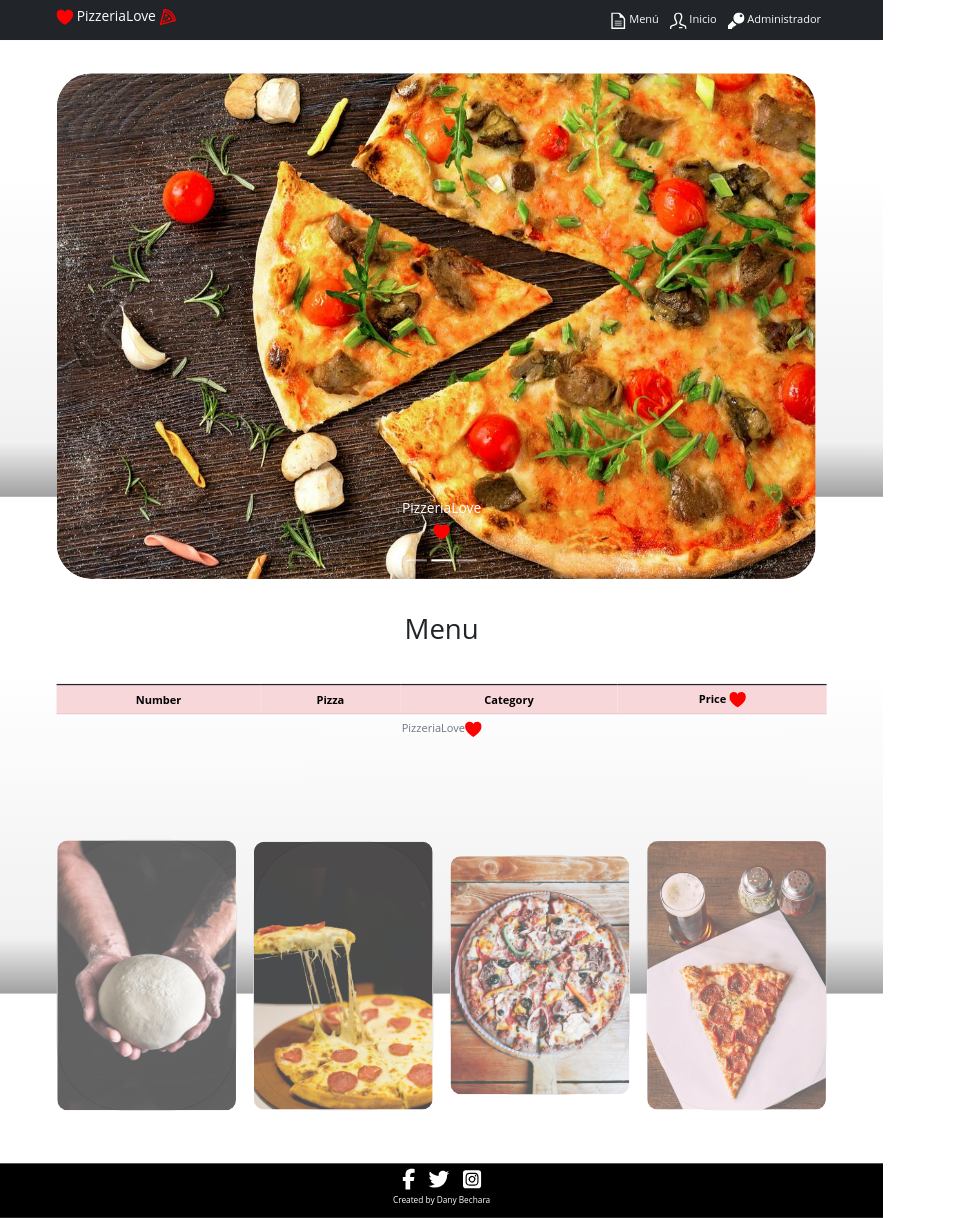
Repository: bechara611/PizzeriaLove
Page: /
The author's editor kept a copy of each file at every save. The page is drawn from the files as they stood at one save, then again after the next save.
The browser window is 1280 px wide. The page is 1280 px wide, then 1387 px, so the pictures cover 1387 px, including what lies to the right of the window. The pictures show the whole page, at 69% of full size.
The page's requests for data from a server got no answer. Backgrounds fixed to the window are drawn as part of the page. The project was rebuilt for these pictures with package versions that can differ from the ones it lists, and the page was loaded fresh each time. No one was signed in, and anything a server would have sent is missing. Also part of the build but not shown: src/App.css, src/App.js, src/Componentes/FormularioAgregarMenu.css, src/Elementos/Alerta.js, src/Elementos/AlertaRed.js, src/Componentes/FormularioAgregarMenu.js.

Above is the page before, as saved 2022-02-25 23:28:15.

### src/index.js
import React,{useState} from 'react';
import ReactDOM from 'react-dom';
import './index.css';
import 'bootstrap/dist/css/bootstrap.css'
import 'bootstrap/dist/js/bootstrap.bundle.min';
import Header from './Componentes/Header';
import {BrowserRouter,Route, Routes,NavLink} from 'react-router-dom'
import {App,App2} from './App';
import WebFont from 'webfontloader'
import './index.css'
import Carousel from './Componentes/Carousel';
import Menu from './Componentes/Menu';
import Footer from './Componentes/Footer';
import { FormularioAgregarMenu } from './Componentes/FormularioAgregarMenu';
import Galeria from './Componentes/Galeria';

WebFont.load({
  google: {
    families: ['Open Sans:400,500,700', 'Sans-serif']
  }
});

const Index = () => {
  const [administrador,cambiaradministrador]=useState(false);
  const [admin,cambiaradmin]=useState('');
  return (
  <BrowserRouter>
     <Header administrador={administrador} cambiaradministrador={cambiaradministrador} cambiaradmin={cambiaradmin} admin={admin}></Header>
   {admin==='admin' ? <h2 className='my-5 tittle text-dark text-center'>ADMIN</h2>:<></>}
     <Carousel></Carousel>

    <Routes>
    <Route path='/' element={<Menu borrar={false} />} ></Route>
    <Route path='/administrador' element={<FormularioAgregarMenu />} ></Route>
    <Route path='/inicio' element={<Menu borrar={false} />} ></Route>
    </Routes>


    <Footer></Footer>
    </BrowserRouter>
    );
}


ReactDOM.render(

  <Index />,
  document.getElementById('root')
);

### src/index.css
* {
  margin: 0;
  font-family:'Open Sans';
  /* Permalink - use to edit and share this gradient: https://colorzilla.com/gradient-editor/#ffffff+0,ffffff+100&1+0,0+100;White+to+Transparent */



}


body
{
  background: rgb(255,255,255);
  background: linear-gradient(180deg, rgba(255,255,255,1) 0%, rgba(255,255,255,1) 35%, rgba(242,241,241,1) 89%, rgba(10,10,10,0.38699229691876746) 100%);

  background-attachment:fixed;
}

### src/Componentes/Header.js
import {NavLink} from 'react-router-dom'
import styled from 'styled-components';
import { BotonTipoNavLink,BotonTipoNavLinkA } from '../Elementos/BotonTipoNavLink';
import {Pizza2,Administrador2,Inicio2,Menu2,Contacto2,Heart2}from '../Elementos/ImagenesSVG';
import {App,App2} from './../App';
import './Header.css'


const Header = ({cambiaradministrador,administrador,cambiaradmin}) => {
    let url1,urladmin;
    url1="/inicio";
    urladmin='/administrador'
      return (
        <>

        <nav className="navbar navbar-expand-sm navbar-dark bg-dark  header_nav">
        <div className="container contenedor1  ">
        <div className='hijo1_header '>
         <BotonTipoNavLink to={url1} className="navbar-brand "> <Heart2 / > PizzeriaLove <Pizza2></Pizza2></BotonTipoNavLink>



        </div>
      <div className='hijo2_header '>
        <button
        className="navbar-toggler mt-2 col-12"
        type="button"
        data-bs-toggle="collapse"
        data-bs-target="#menu"
        aria-controls="menu"
        aria-expanded="false"
        aria-label="Mostrar / Ocultar Menu"
      >
        <span className="navbar-toggler-icon"></span>
      </button>

      <div className="collapse navbar-collapse text-center  " id="menu">
      <ul className="navbar-nav me-auto mb-2 mb-lg-0 header_menu ">
      <li className="nav-item opcion"><a href="#menuu" className="nav-link text-light  opcion" onClick={()=>{cambiaradmin('usuario')}}><Menu2></Menu2> Menú</a></li>
        <li className="nav-item"><BotonTipoNavLinkA to={url1} className="nav-link text-light" onClick={()=>{cambiaradmin('usuario')}}><Inicio2/> Inicio</BotonTipoNavLinkA></li>
        <li className="nav-item"><BotonTipoNavLink to={urladmin} className="nav-link text-light" onClick={()=>{cambiaradmin('admin')}}> <Administrador2 /> Administrador</BotonTipoNavLink></li>
      </ul>

    </div>
    </div>
        </div>

      </nav>

      </>
       );
    }

    export default Header;

### src/Componentes/Carousel.js
import { Heart2 } from '../Elementos/ImagenesSVG'
import imagen1 from './../Imagenes/carousel1.jpg'
import imagen2 from './../Imagenes/carousel2.jpg'
import imagen3 from './../Imagenes/carousel3.jpg'
import './Carousel.css'
const Carousel = () => {
    return (

        <>
<section className="main">
  <div className="container">
    <div className="row mt-5">
      <div className="col">
        <div className="carousel slide carousel-fade" id="mi-carousel" data-bs-ride="carousel">
          <div className="carousel-inner">
            <div className="carousel-item active">
            <div className="carousel-caption">
            <h5>PizzeriaLove</h5>
            <p><Heart2></Heart2></p>
          </div>
              <img className="img-fluid" src={imagen1} alt='' />
            </div>

            <div className="carousel-item" data-bs-interval="5000">
              <div className="carousel-caption">
                <h5>PizzeriaLove</h5>
                <p><Heart2></Heart2></p>
              </div>
              <img className="img-fluid" src={imagen2}  alt=''/>
            </div>
            <div className="carousel-item">
            <div className="carousel-caption">
            <h5>PizzeriaLove</h5>
            <p><Heart2></Heart2></p>
          </div>
            <img className="img-fluid" src={imagen3} alt='' />
            </div>
          </div>



          <button
            className="carousel-control-prev botonprev"
            type="button"
            data-bs-target="#mi-carousel"
            data-bs-slide="prev"
          >
            <span className="carousel-control-prev-icon  icono" aria-hidden="true"></span>
            <span className="visually-hidden">Prev</span>
          </button>
          <button
            className="carousel-control-next"
            type="button"
            data-bs-target="#mi-carousel"
            data-bs-slide="next"
          >
            <span className="carousel-control-next-icon icono" aria-hidden="true"></span>
            <span className="visually-hidden">Next</span>
          </button>




          <div className="carousel-indicators">
            <button
              type="button"
              className="active"
              data-bs-target="#mi-carousel"
              data-bs-slide-to="0"
              aria-label="Slide 1"
            ></button>
            <button
              type="button"
              className=""
              data-bs-target="#mi-carousel"
              data-bs-slide-to="1"
              aria-label="Slide 2"
            ></button>
            <button
              type="button"
              className=""
              data-bs-target="#mi-carousel"
              data-bs-slide-to="2"
              aria-label="Slide 3"
            ></button>
          </div>
        </div>
      </div>
    </div>
  </div>

</section>


        </>
     );
}

export default Carousel;

### src/Componentes/Menu.js
import React from 'react'
import { Heart2, Trash2 } from '../Elementos/ImagenesSVG';
import { db } from '../Firebase/FirebaseConfig';
import './Menu.css'
import useObtenerMenu from '../Hooks/useObtenerMenu';
import BorrarDocumento from '../Firebase/Borrar';
import Galeria from './Galeria';

const Menu = ({borrar}) => {
   const [platos,cambiarplatos]=useObtenerMenu();


    return (
        <>
        <div className="container contenedor-tabla">
        <div className="row my-5">

        <div className="col titulo">
        {borrar===true ?   <h1 className=''>Admin, you can delete a plate here:</h1> :    <h1 className=''>Menu</h1>}

        </div>
        </div>
            <div className="row my-5">

             <div className="table-responsive " id='menuu'>
            <table className="table table-hover table" >
            <caption className='captionMenu'>PizzeriaLove<Heart2></Heart2></caption>
             <thead>
             <tr className={borrar===true?'table-success' : 'table-danger'}>
             <th>Number</th>
             <th>Pizza</th>
             <th>Category </th>
             <th>Price <Heart2></Heart2> </th>
             </tr>
             </thead>
             <tbody>
             {
                 platos.map((plato,index)=>{
                     return <React.Fragment key={index}>
                     <tr onClick={()=>{


                     }} >
                     <td>{index +1}</td>
                     <td>{plato.plato}</td>
                     <td>{plato.categorias}</td>
                     {borrar===true ?    <td>{plato.precio}$  <Trash2 onClick={()=>{
                        if (borrar===true) {
                            BorrarDocumento(plato.id)
                         }
                     }}></Trash2> </td> : <td>{plato.precio}</td> }

                     </tr>
                     </React.Fragment>
                 })
             }
             </tbody>
             </table>
            </div>


            </div>
        </div>
        <Galeria></Galeria>
        </>

        )

}

export  default Menu;

### src/Componentes/Footer.js
import styled from "styled-components";
import './Footer.css'
import { FontAwesomeIcon } from '@fortawesome/react-fontawesome'
import { faCoffee } from '@fortawesome/free-solid-svg-icons'
import {  faFacebookF,faInstagramSquare,faTwitter } from '@fortawesome/free-brands-svg-icons';
import useObtenerMenu from "../Hooks/useObtenerMenu";


const Footer = () => {
    let face='https://www.facebook.com';
    let insta='https://www.instagram.com';
    let twitter='https://www.twitter.com';
    let nuevaPestana="_blank"

    return (
        <>
        <div className="container-fluid " >
        <div className="row fila">
        <footer className="col-12 footer">
        <a href={face} target={nuevaPestana} className='face'><FontAwesomeIcon icon={faFacebookF}/></a>
        <a href={twitter} target={nuevaPestana} className='twitter'><FontAwesomeIcon icon={faTwitter}/></a>
        <a href={insta} target={nuevaPestana} className='instagram'><FontAwesomeIcon icon={faInstagramSquare}/></a>

        </footer>
        <p className="col-12">Created by Dany Bechara</p>
        </div>
        </div>
        </>
     );
}

export default Footer;

### src/Componentes/Galeria.js
import React from 'react';
import './Galeria.css'
import  Pizza1 from './../Imagenes/Pizza1.jpg'
import  Pizza2 from './../Imagenes/Pizza2.jpg'
import  Pizza3 from './../Imagenes/Pizza3.jpg'
import  Pizza4 from './../Imagenes/Pizza4.jpg'
import  Pizza5 from './../Imagenes/Pizza5.jpg'
import  Pizza6 from './../Imagenes/Pizza6.jpg'
import  Pizza7 from './../Imagenes/Pizza7.jpg'
import  Pizza8 from './../Imagenes/Pizza8.jpg'
import {ReactComponent as Menu} from './../Imagenes/Menu.svg'
const Galeria = () => {
    return (

        <>
        <div className="container centrar   py-5">
    <div className="row my-4 centrar">
        <div className="col-lg-3 col-12 col-sm-6 centrar">
            <div className="card cardcita my-1">
           < img src={Pizza5} alt="" className=" cardcitaImagen"></img>
            </div>
        </div>
        <div className="col-lg-3 col-12 col-sm-6 centrar">
            <div className="card cardcita my-1">
           < img src={Pizza2} alt="" className="cardcitaImagen"></img>
            </div>
        </div>
        <div className="col-lg-3 col-12 col-sm-6 centrar">
        <div className="card cardcita my-1">
       < img src={Pizza3} alt="" className="cardcitaImagen"></img>
        </div>
    </div>
        <div className="col-lg-3 col-12 col-sm-6 centrar">
            <div className="card cardcita my-1">
           < img src={Pizza8} alt="" className="cardcitaImagen colores"></img>
            </div>
        </div>
    </div>


        </div>
        </>
     );
}

export default Galeria;

### src/Elementos/BotonTipoNavLink.js
import styled from "styled-components"
import { NavLink } from "react-router-dom"
    const BotonTipoNavLink = styled(NavLink)`
    &:hover
    {
      text-decoration: underline;
      color: black;
    }
    `

    const BotonTipoNavLinkA=styled(BotonTipoNavLink)`
    text-decoration: none;
      color: black;
      cursor:pointer;
    `
    export {BotonTipoNavLink,BotonTipoNavLinkA}

### src/Elementos/ImagenesSVG.js
import styledComponents from 'styled-components';
import {ReactComponent as Pizza} from './../Imagenes/Pizza.svg'
import {ReactComponent as Inicio} from './../Imagenes/Inicio.svg'
import {ReactComponent as Menu} from './../Imagenes/Menu.svg'
import {ReactComponent as Administrador} from './../Imagenes/Administrador.svg'
import {ReactComponent as Contacto} from './../Imagenes/Contacto.svg'
import {ReactComponent as Heart} from './../Imagenes/Heart.svg'
import {ReactComponent as Trash} from './../Imagenes/Trash.svg'
const Pizza2 = styledComponents(Pizza)`
font-size:10px;
z-index: 1;
color:white;
fill:red;

`;
const Inicio2 = styledComponents(Inicio)`
font-size:10px;
z-index: 1;
color:white;
fill:white;

`;
const Menu2 = styledComponents(Menu)`
font-size:10px;
z-index: 1;
color:white;
fill:white;

`;
const Administrador2 = styledComponents(Administrador)`
font-size:10px;
z-index: 1;
color:white;
fill:white;

`;

const Contacto2 = styledComponents(Contacto)`
font-size:10px;
z-index: 1;
color:white;
fill:white;

`;

const Heart2 = styledComponents(Heart)`
font-size:10px;
z-index: 1;
color:white;
fill:red;

`;

const Trash2=styledComponents(Trash)`
fill:blue;
cursor:pointer;
`

export {Pizza2,Administrador2,Inicio2,Menu2, Contacto2,Heart2,Trash2}

### src/Componentes/Header.css

*{
   box-sizing: border-box;
   margin: 0;
   padding: 0;


}
.header_nav2
{
    /* margin-top: -8px; */
    background: -moz-linear-gradient(top,  rgba(211,126,128,1) 0%, rgba(146,171,207,0) 76%, rgba(134,179,222,0) 90%, rgba(125,185,232,0) 100%); /* FF3.6-15 */
background: -webkit-linear-gradient(top,  rgba(211,126,128,1) 0%,rgba(146,171,207,0) 76%,rgba(134,179,222,0) 90%,rgba(125,185,232,0) 100%); /* Chrome10-25,Safari5.1-6 */
background: linear-gradient(to bottom,  rgba(211,126,128,1) 0%,rgba(146,171,207,0) 76%,rgba(134,179,222,0) 90%,rgba(125,185,232,0) 100%); /* W3C, IE10+, FF16+, Chrome26+, Opera12+, Safari7+ */
filter: progid:DXImageTransform.Microsoft.gradient( startColorstr='#d37e80', endColorstr='#007db9e8',GradientType=0 ); /* IE6-9 */


}
body
{
    /* background: url(./../Imagenes/textura.png);
	background-repeat: repeat;
	background-attachment: fixed; */
}

.nav
{


}

.contenedor12
{

    /* min-height: 300px;  */
}

.hijo1_header
{
    align-self: start;
    /* margin-top: 2%; */

}
.hijo2_header
{
    /* margin-top: 2%; */
    align-self: start;
}
.header_menu
{

}

.opcion
{
text-decoration: dotted;
display: inline-block;
opacity: 1;

}



.opcion:hover
{
    text-decoration: underline;
}

.opcion:link
{
color: green;
}

### src/Componentes/Carousel.css
.carousel-inner{border-radius: 50px;}
.carousel-item{border-radius: 50px;}
.img-fluid{border-radius: 50px;}
.icono {
    height: 100px;
    width: 100px;

      /*shape border*/

      opacity: 0.3;
      /*symbol */




}
.icono:hover{opacity: 1;}

### src/Firebase/FirebaseConfig.js
import { initializeApp } from "firebase/app";
import { getAnalytics } from "firebase/analytics";
import { getFirestore } from "firebase/firestore";
import { getAuth, createUserWithEmailAndPassword } from "firebase/auth";

const firebaseConfig2 = {
    apiKey: "AIzaSyDhYuWK_8Uy4S-BtkFmFfityIjQnt4M3Is",
    authDomain: "pizzerialove-00.firebaseapp.com",
    projectId: "pizzerialove-00",
    storageBucket: "pizzerialove-00.appspot.com",
    messagingSenderId: "356504995914",
    appId: "1:356504995914:web:c5fee404edbf5f32affeb3",
    measurementId: "G-CK1N9HMEKD"
  };


    const firebaseConfig = {
      apiKey:process.env.REACT_APP_FIREBASE_API_KEY,
      authDomain:process.env.REACT_APP_FIREBASE_AUTH_DOMAIN,
      projectId:process.env.REACT_APP_FIREBASE_PROJECT_ID,
      storageBucket:process.env.REACT_APP_FIREBASE_STORAGE_BUCKET,
      messagingSenderId:process.env.REACT_APP_FIREBASE_MESSAGING_SENDER_ID,
      appId:process.env.REACT_APP_FIREBASE_APP_ID,
      measurementId:process.env.REACT_APP_FIREBASE_MEASUREMENT_ID
    };



// Initialize Firebase
const app = initializeApp(firebaseConfig);
const analytics = getAnalytics(app);
const db= getFirestore();
const auth=getAuth();

export {app,analytics,db,auth};

### src/Componentes/Menu.css
.captionMenu
{
    text-align: center;
}

.titulo{text-align: center;}

td{text-align: center;}
th{text-align: center;}

.basurita{background: black;}

.table-responsive{




    }

### src/Hooks/useObtenerMenu.js
import React,{useEffect,useState} from 'react'
import { db } from '../Firebase/FirebaseConfig';
import { collection,onSnapshot } from 'firebase/firestore';

const useObtenerMenu = () => {
    const [platos,cambiarplatos]=useState([{}])
    useEffect(()=>{

            const FuncionObtenerMenu=onSnapshot(collection(db,'menu'), (snapShot)=>{

               let vectormenu=snapShot.docs.map((documento)=>{
                  // console.log(documento.id)
                    return {...documento.data(),id:documento.id}
                })
              //  console.log(vectormenu);
              cambiarplatos([{}])
                cambiarplatos(vectormenu)
            })




            return FuncionObtenerMenu;
          },[])
          return [platos,cambiarplatos]
}

export default useObtenerMenu;

### src/Firebase/Borrar.js
import { db,app } from './FirebaseConfig'
import {doc,deleteDoc, } from 'firebase/firestore'
const BorrarDocumento =async (id) => {
  try {
  await deleteDoc(doc(db,'menu',id));

   } catch (error) {
    console.log(error)
   }

}

export default BorrarDocumento;

### src/Componentes/Footer.css
.footer
{
    display: flex;
    flex-direction: row;
    justify-content: center;

}
.fila
{
    display: flex;
    justify-content: center;
    text-align: center;
    background: black;
    font-size: 12px;
}
.fila p
{

color: white;
}
.footer a{
    text-decoration: none;
font-size: 30px;
display: inline-block;
color: white;
margin: 0 10px;
}
.face:hover{color: blue;}
.twitter:hover{color: lightblue;}
.instagram:hover{color:#fcaf45}

### src/Componentes/Galeria.css
.cardcita{
   border-radius: 100px;
    max-width: 300px;
    min-height: 300px;



}

.cardcitaImagen
{
    border-radius: 15px;
    max-width: 300px;
    min-height: 300px;

   opacity: .7;


}
.cardcitaImagen:hover{
    opacity: 1;

}

@keyframes colores
{
/*from{background: #9EB3C2;}
to{background:#21295C ;}*/
0%{min-height: 500px;}
25%{min-height: 520;}
50%{min-height: 530px;}
75%{min-height: 520;}
100%{min-height: 500;}
}

.centrar{
    text-align: center;
    display: flex;
    justify-content: center;
align-items: center;
}

Loaded but not shown: public/index.html (common file)

After the next save:
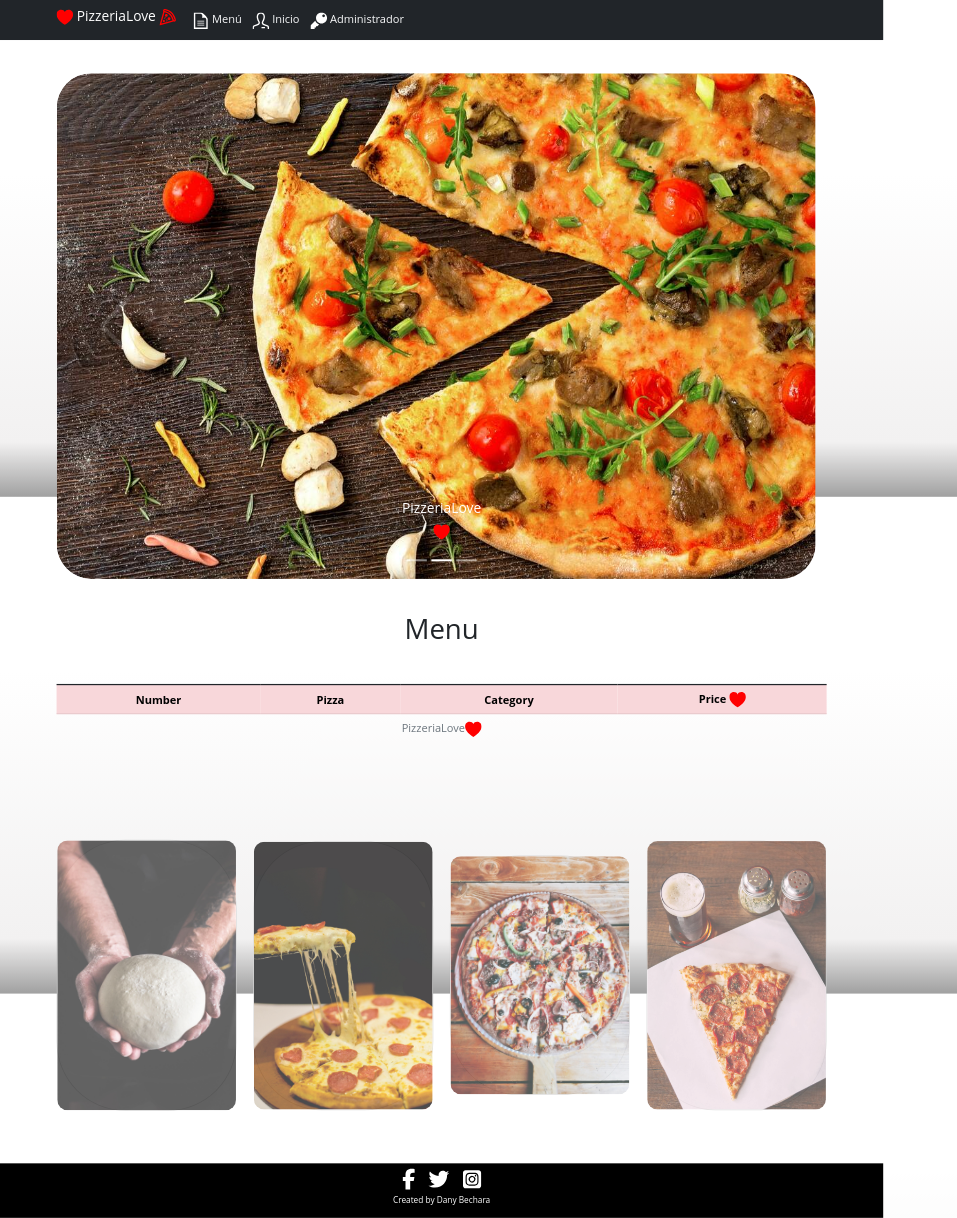
Saved 59 s later.
--- a/src/Componentes/Header.js
+++ b/src/Componentes/Header.js
@@ -21,7 +21,7 @@ const Header = ({cambiaradministrador,administrador,cambiaradmin}) => {
 
 
         </div>
-      <div className='hijo2_header '>
+      <div className='hijo2_header text-center col-12  '>
         <button
         className="navbar-toggler mt-2 col-12"
         type="button"
@@ -31,10 +31,10 @@ const Header = ({cambiaradministrador,administrador,cambiaradmin}) => {
         aria-expanded="false"
         aria-label="Mostrar / Ocultar Menu"
       >
-        <span className="navbar-toggler-icon"></span>
+        <span className="navbar-toggler-icon text-center col-12 "></span>
       </button>
 
-      <div className="collapse navbar-collapse text-center  " id="menu">
+      <div className="collapse navbar-collapse text-center col-12  " id="menu">
       <ul className="navbar-nav me-auto mb-2 mb-lg-0 header_menu ">
       <li className="nav-item opcion"><a href="#menuu" className="nav-link text-light  opcion" onClick={()=>{cambiaradmin('usuario')}}><Menu2></Menu2> Menú</a></li>
         <li className="nav-item"><BotonTipoNavLinkA to={url1} className="nav-link text-light" onClick={()=>{cambiaradmin('usuario')}}><Inicio2/> Inicio</BotonTipoNavLinkA></li>
